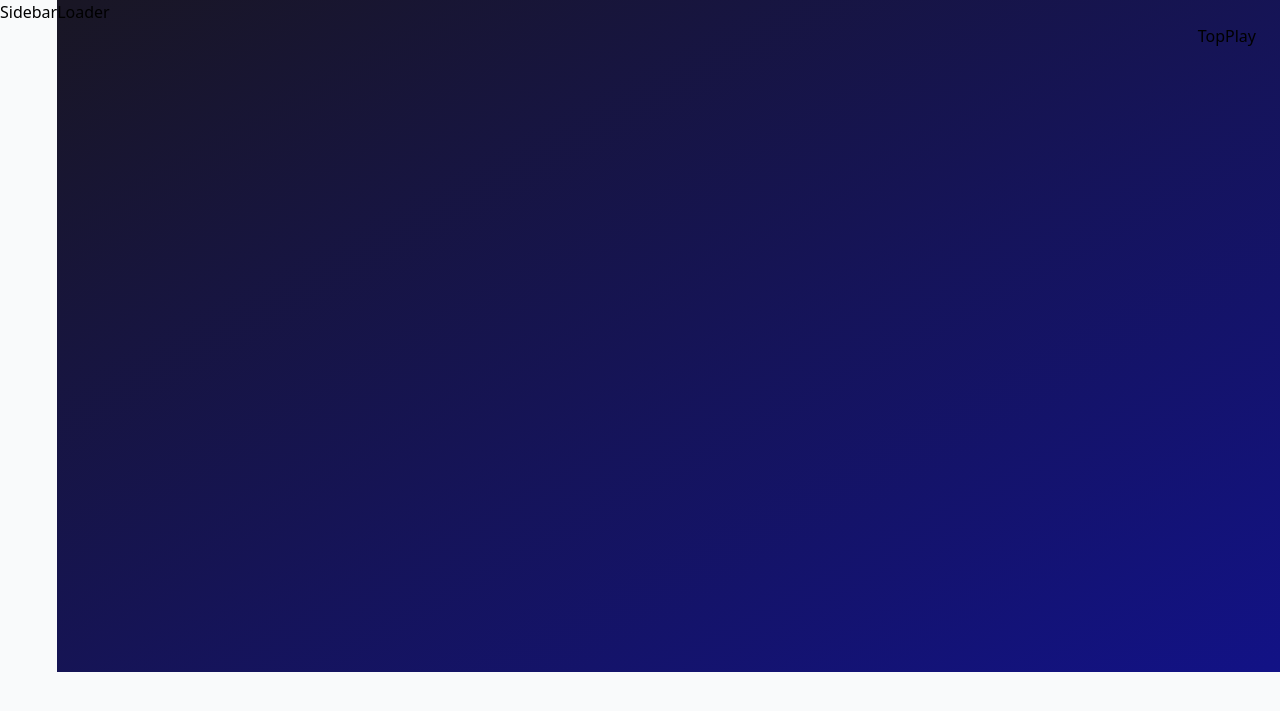
Repository: Goldmyn/GoldStarMusic
Page: /
An editor plug-in stored every save of this project. The page is shown before and after a run of saves, followed by the edit.
The browser window is 1280 px wide. The pictures show the whole page.
The project was rebuilt for these pictures with package versions that can differ from the ones it lists, and the page was loaded fresh each time. Also part of the build but not shown: vite.config.js, src/components/SongCard.jsx, src/components/ArtistCard.jsx, src/components/DetailsHeader.jsx, src/components/PlayPause.jsx, src/components/SongBar.jsx, src/components/RelatedSongs.jsx, src/components/MusicPlayer/Controls.jsx and 13 more.

Above is the page before, as saved 2022-09-30 12:46:13.

After the next 2 saves:
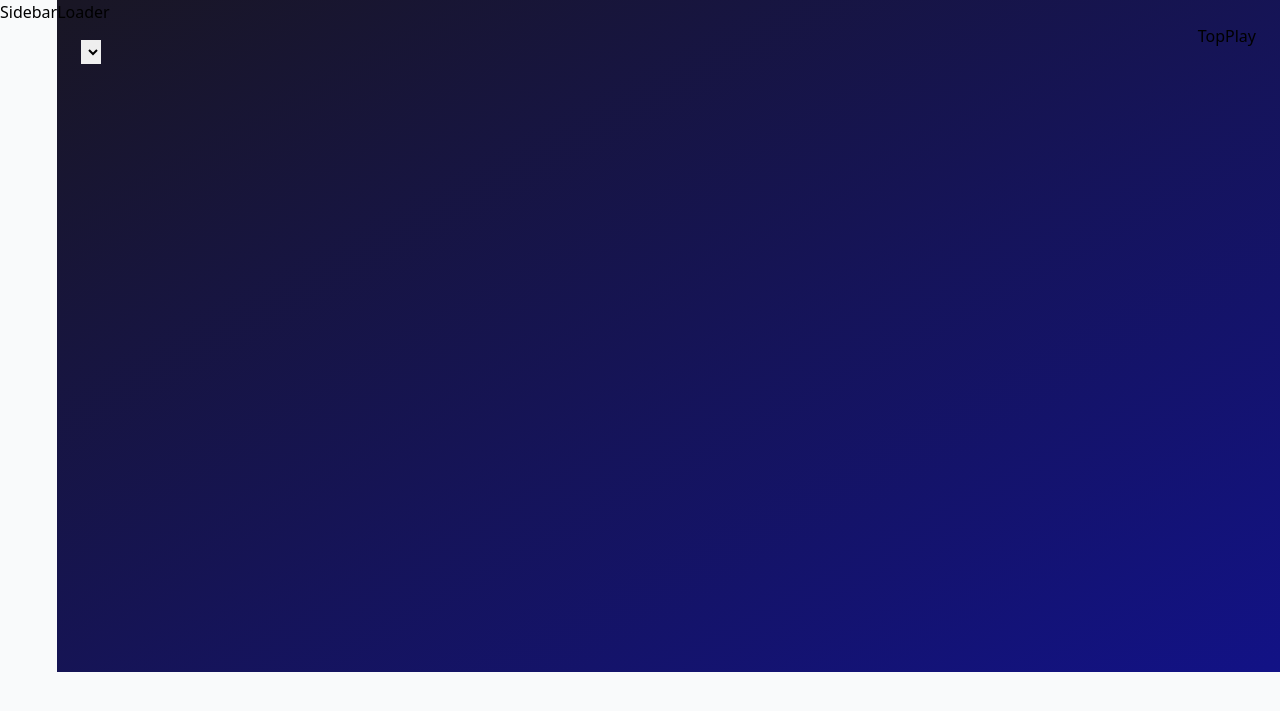
The 2 saves are shown as one change because 1 did not build or start.
The last was saved 36 s later.
--- a/src/pages/Discover.jsx
+++ b/src/pages/Discover.jsx
@@ -7,9 +7,9 @@ const Discover = () => {
 
         <div className="flex flex-col">
             <div className="w-full flex justify-between items-center sm:flex-row flex-col mt-4 mb-10">
-                <div className="">
+                <select className="">
 
-                </div>
+                </select>
             </div>
         </div>
     );
